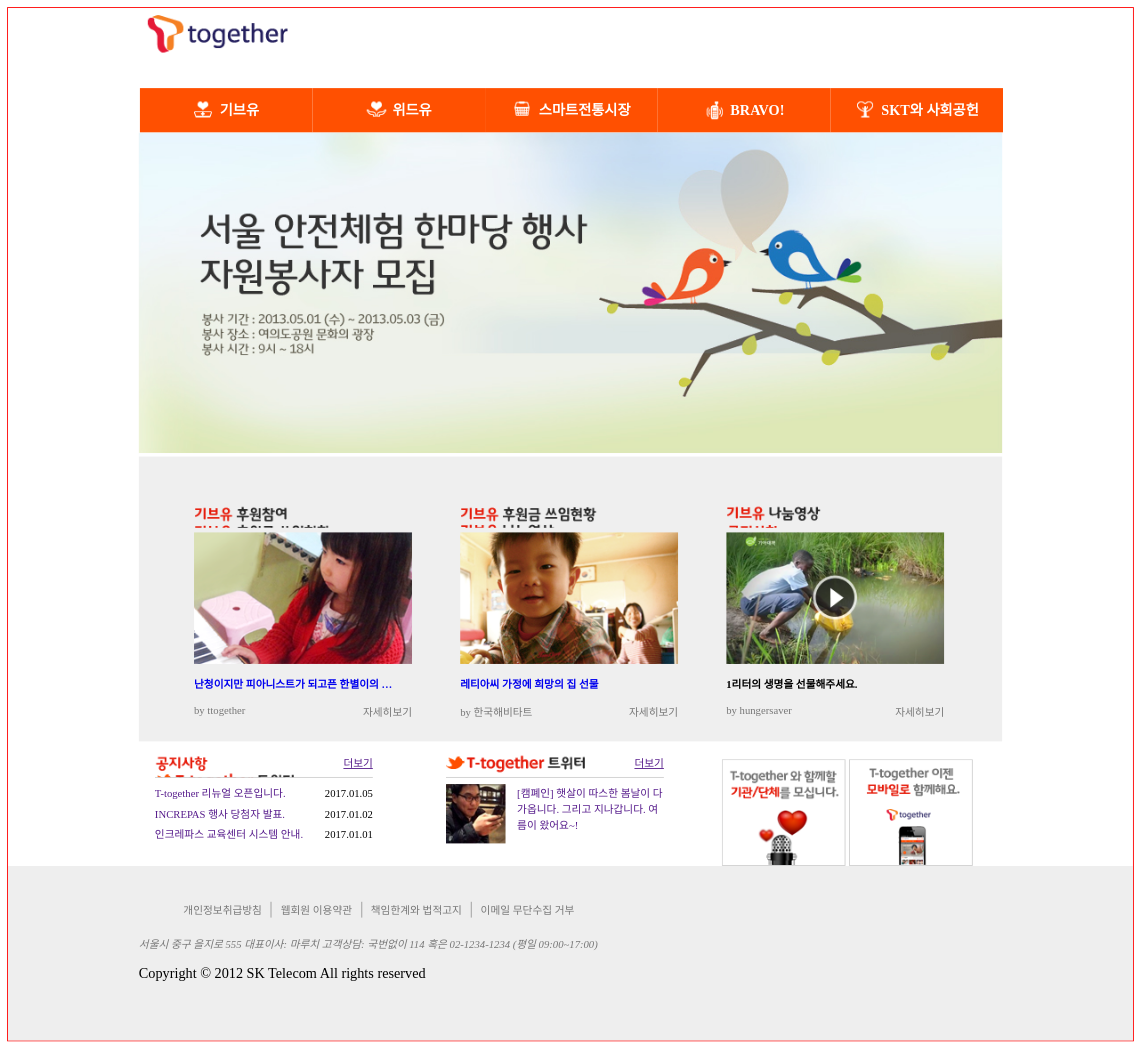
Repository: CHOKIHO/html
Page: work/html_test/WebContent/html/main.html
The author's editor kept a copy of each file at every save. The page is drawn from the files as they stood at one save, then again after the next save.
The browser window is 1280 px wide. The pictures show the whole page, at 89% of full size.

Above is the page before, as saved 2017-01-05 06:24:13.

After the next save:
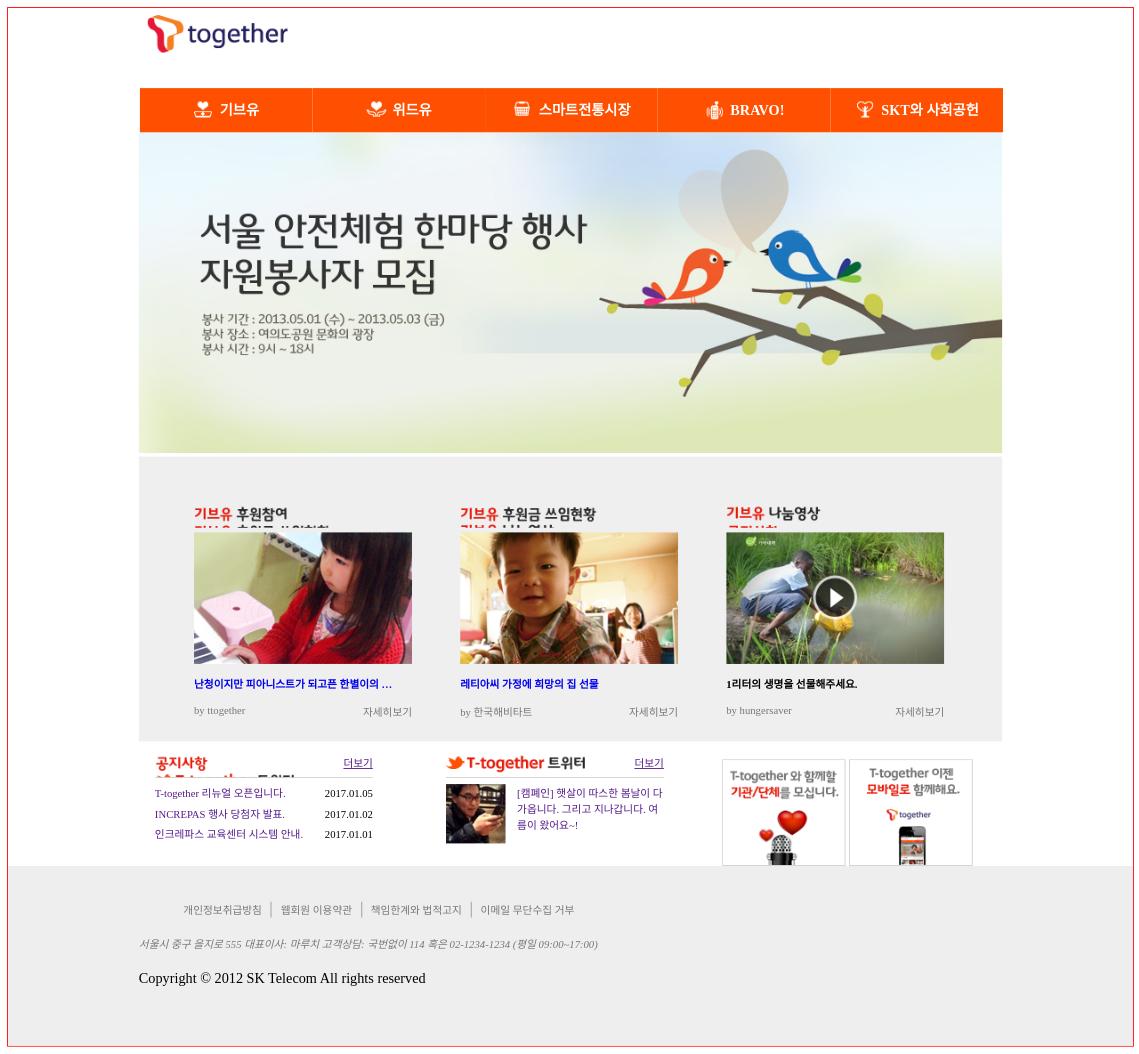
Saved 37 s later.
--- a/work/html_test/WebContent/html/main.html
+++ b/work/html_test/WebContent/html/main.html
@@ -356,7 +356,7 @@
 	#footer .footer_area address {
 		font-size:12px;
 		color:#777;
-		padding-bottom;6px;
+		padding-bottom:6px;
 	}
 
 
